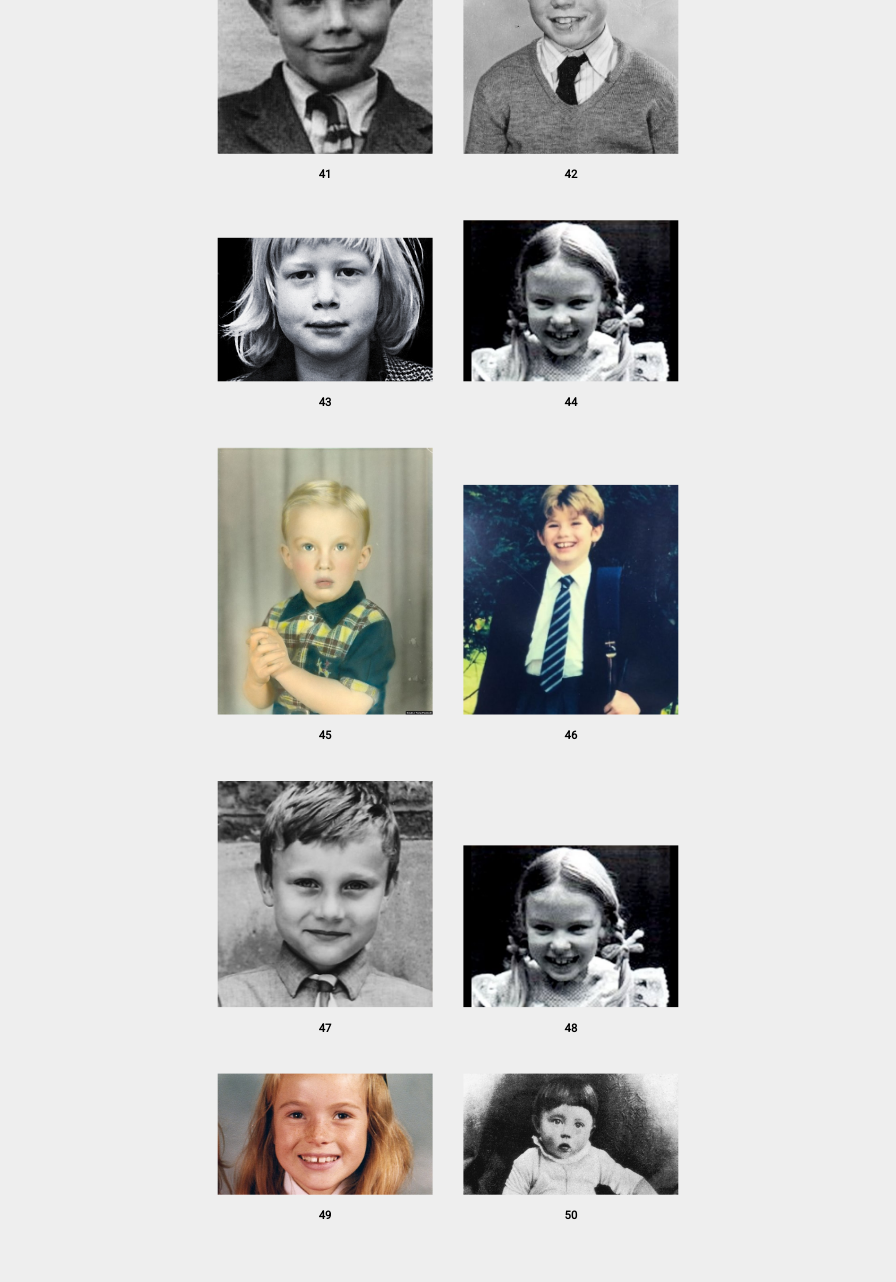
Repository: Domehead123/quiz
Page: index.html
The author's editor kept a record of every edit. The page is drawn from the files as they stood at one moment, then again after the next edit.
The browser window is 1280 px wide. The pictures show the part of the page from y = 2684 to 4604 px (the page is 4516 px tall before and 4604 px after), at 70% of full size.

Above is the page before.

### index.html
<!DOCTYPE html>
<html lang="en">
<head>
    <meta charset="UTF-8">
    <meta name="viewport" content="width=device-width, initial-scale=1.0">
    <meta http-equiv="X-UA-Compatible" content="ie=edge">
    <link href="https://fonts.googleapis.com/css2?family=Righteous&family=Roboto&display=swap" rel="stylesheet">
    <link rel="stylesheet" href="style.css" type="text/css" />
    <title>Quiz</title>
</head>
<body>

<div class="container">
    <h1>Quiz</h1>
    <p>Fifty questions. You can google the answers if you want, but you may have to do a bit more detective work.</p>
    <p>The answers will appear here at 7pm on Sunday 10 May.</p>
    </div>

    <div class="section one">
        <div class="container">
        <h2>Number Abbreviations</h2>


        <p>e.g 7 D in a W = 7 Days in a Week</p>
        <ol>
        <li>12 S of the Z</li>
<li>1000 Y in a M</li>
<li>13 in a B D</li>
<li>S W of H the E</li>
<li>86,400 S in a D</li>
<li>21 D on a 6-S D</li>
<li>An O has 3 H and up to 9 B</li>
<li>H normally have 23 P of C</li>
<li>12 A have W on the M</li>
<li>42 was the A to L, the U and E</li>
</ol>
        </div>
    </div>

        <div class="section two">
        <div class="container">
        <h2>Anagrams</h2>



        <ol start="11">
        <li>Prod Tonally (Singer)</li>
<li>Ablutions (Sportsman)</li>
<li>Bionic Drama (Politician)</li>
<li>A Nude Rove (TV programme)</li>
<li>Smearing Pro (TV Presenter)</li>
<li>Easily Corona (Film)</li>
<li>Gushing Therewith Book)</li>
<li>Actions Anew (Scientist)</li>

</ol>
        </div>
    </div>


        <div class="section three">
        <div class="container">
              <h2>Sequences</h2>
   <p>What comes next?</p>
        <ol start="21">
        <li>M, V, E, M, J, S, U, ____</li>
 <li>William, Patrick, Jon, Tom, Peter, Colin, ____</li>
 <li>2, 5, 10, 17, 26, 37, ____</li>
 <li>Sergeant, Nurse, Teacher, Constable, ____</li>
 <li>Wood, Tin, Crystal, Porcelain, ____</li>
 <li>Ghana, Togo, Burkina Faso, Mali, Algeria, Spain, France, ____</li>
 <li>3, 3, 5, 4, 4, 3, 5, 5, 4, ____</li>
 <li>1, 18, 4, 13, 6, ____</li>
 <li>FF0000, FFA500, FFFF00, 008000, 0000FF, 4B0082, ____</li>
 <li>1948, 1982, 2013, 2015, 2018, 1984, 2019, ____</li>

</ol>
        </div>
    </div>


        <div class="section four">
        <div class="container">
        <h2>Connections</h2>


        <p>What connects these things? (You really need to think laterally for this)</p>
        <ol start="41">
        <li>Irving Berlin, Bob Hope, Hal Roach, Princess Alice – Duchess of Gloucester</li>
<li>Shakespeare, Blakes 7, Anthony Eden, cosmetics</li>
<li>Brackley, Exeter, Newcastle</li>
<li>The Beatles, chess, New Zealand, Commodore</li>
<li>The Beatles, Sinbad and the Eye of the Tiger, moustache, Lewis Caroll</li>
<li>Argentine, pager, wiki, onager</li>
<li>Laurel and Hardy, Big Brother, Dracula, the Hound of the Baskervilles, Cybernauts, Daleks, Death Star</li>
<li>A berkshire boar, a 1960s TV spy, cognac, a card game</li>
<li>Holly Golightly, FDR, Jim Carrey, Grace Adler</li>
<li>Bombing of Hiroshima, a Serbian-American inventor, Louise Brooks, La Pucelle d'Orléans</li>
</ol>
        </div>
    </div>

        <div class="section five">
        <div class="container">
        <h2>Pictures</h2>


        <p>Who are they?</p>

<div class="image">
    <img src="images/1.jpg">
    <p>41</p>
</div>
<div class="image">
    <img src="images/2.jpg">
    <p>42</p>
</div>
<div class="image">
    <img src="images/3.jpg">
    <p>43</p>
</div>
<div class="image">
    <img src="images/8.jpg">
    <p>44</p>
</div>
<div class="image">
    <img src="images/5.jpg">
    <p>45</p>
</div>
<div class="image">
    <img src="images/6.jpg">
    <p>46</p>
</div>
<div class="image">
    <img src="images/7.jpg">
    <p>47</p>
</div>
<div class="image">
    <img src="images/8.jpg">
    <p>48</p>
</div>
<div class="image">
    <img src="images/9.jpg">
    <p>49</p>
</div>
<div class="image">
    <img src="images/10.jpg">
    <p>50</p>
</div>
        </div>
    </div>


</body>
</html>

### style.css
body {
font-family: 'Roboto', sans-serif;
background: #000;
color: #fff;
margin: 0;
text-align: center;
}

.container {
    width: 80%;
    margin: 0 auto;
}

p {
    font-weight: bold;
}

h1 {
font-family: 'Righteous', cursive;
font-size: 5em;
}

h2 {
font-family: 'Righteous', cursive;
font-size: 2em;
}


.section {
    padding: 30px 0 50px 0;
}

.one {
    background: #333;
    margin-top: 70px;
}

.two {
    background: #666;
}

.three {
    background: #999;
}

.four {
    background: #BBB;
    color: #000;
}

.five {
    background: #eee;
    color: #000;
}


ol {
    width: 60%;
    text-align: left;
    margin: 0 auto;
}

li  {
margin: 10px 0 ;
}

.image {
    width: 30%;
    display: inline-block;
    margin: 20px;
}

.image img {
    max-width: 100%;
}

@media only screen and (max-width: 764px) {

 .container {
     width: 90%;
 }

 .image {
     width: 100%;
     margin: 10px 0;
 }
}

After the next edit:
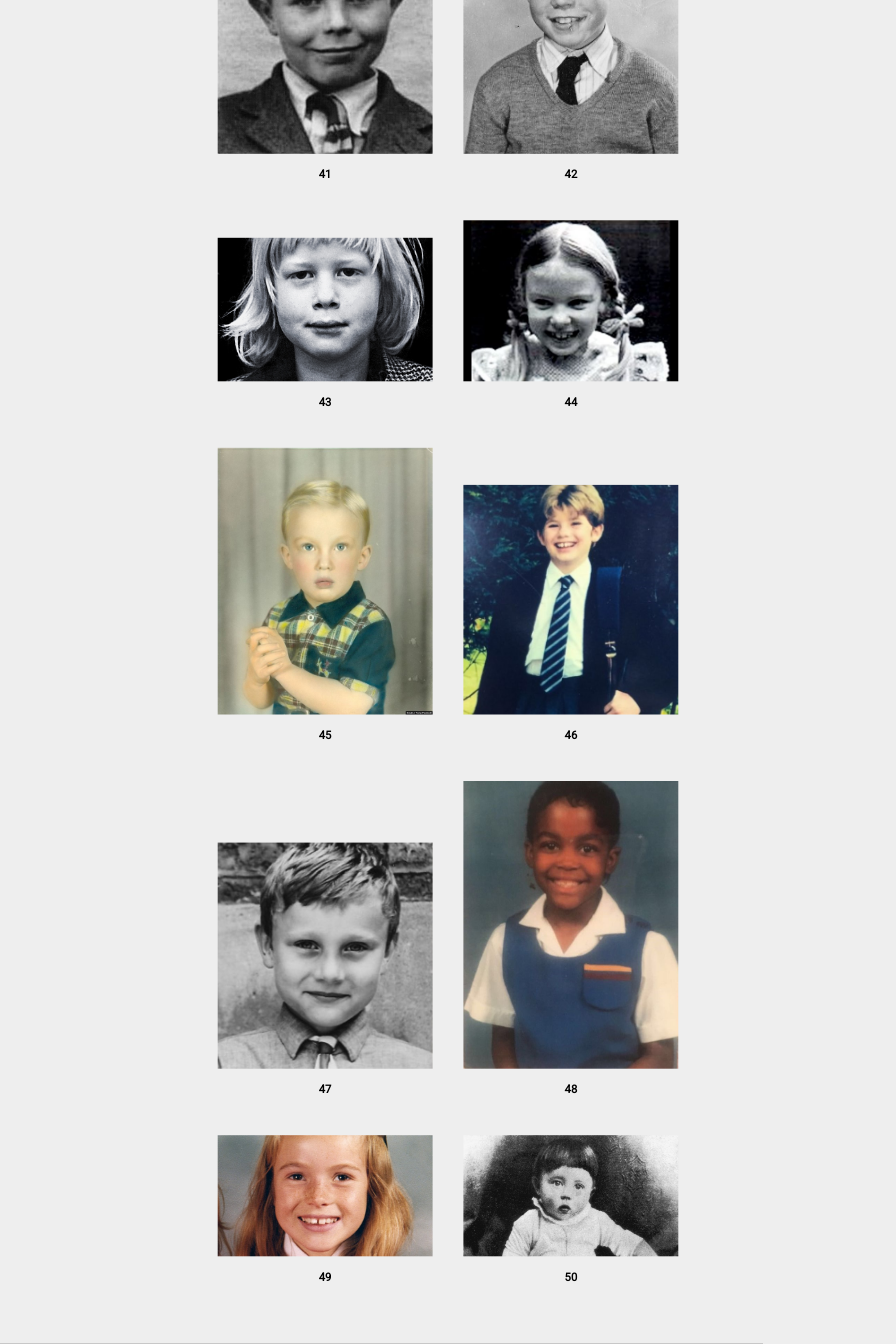
The edit:
--- a/index.html
+++ b/index.html
@@ -136,7 +136,7 @@
     <p>47</p>
 </div>
 <div class="image">
-    <img src="images/8.jpg">
+    <img src="images/4.jpg">
     <p>48</p>
 </div>
 <div class="image">
